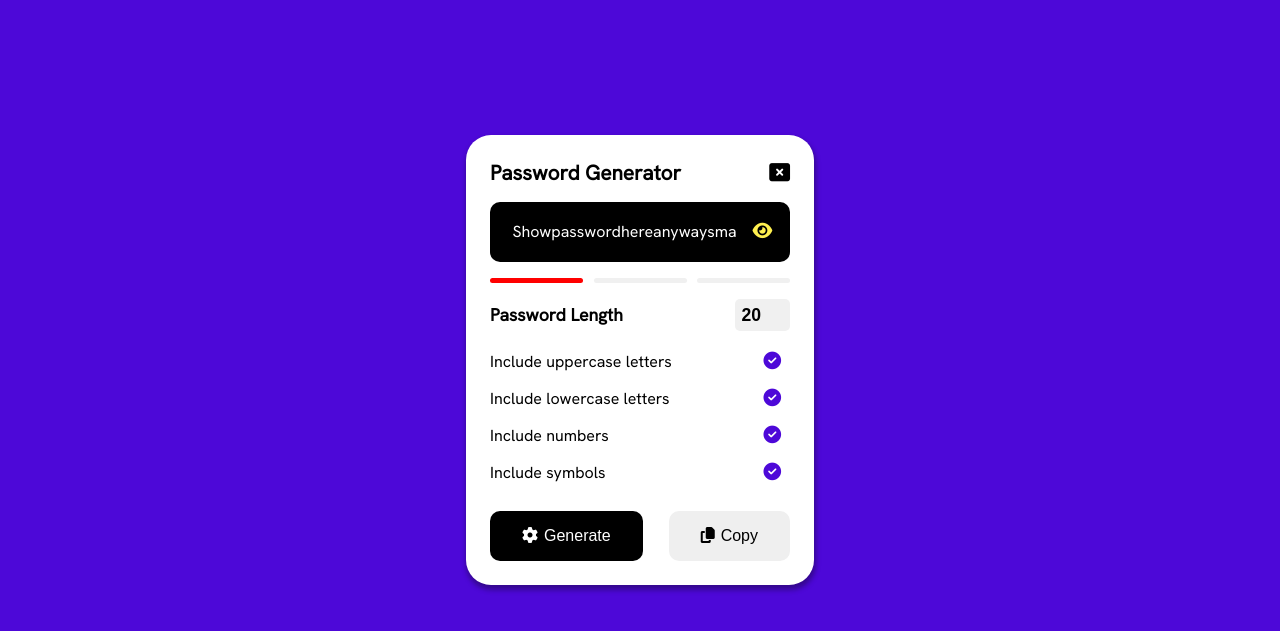
Repository: emiliaiwu/password_generator
Page: index.html
An editor plug-in stored every save of this project. The page is shown before and after the next save, followed by the edit.
The browser window is 1280 px wide. The pictures show the whole page.
Some web libraries are served in a nearby version.

Above is the page before, as saved 2022-12-15 20:10:03.

### index.html
<!DOCTYPE html>
<html lang="en">
<head>
    <meta charset="UTF-8">
    <meta http-equiv="X-UA-Compatible" content="IE=edge">
    <meta name="viewport" content="width=device-width, initial-scale=1.0">
    <link rel="stylesheet" href="style.css">
    <script src="https://kit.fontawesome.com/fd9c36575f.js" crossorigin="anonymous"></script>
    <title>Password Generator</title>
</head>
<body>
    <div class="container">
        <div class="title">
            <h2>Password Generator</h2>
            <i class="fa-solid fa-rectangle-xmark clear"></i>
        </div>

        <div class="display_password">
            <span class="result">Showpasswordhereanywaysma</span>
            <span class="hide">
                <i class="fa-solid fa-eye hidebtn fa-eye-slash"></i>
                <!-- <i class="fa-solid fa-eye-slash"></i> -->
            </span>
        </div>
        <div class="strength">
            <span class="weak"></span>
            <span class="medium"></span>
            <span class="strong"></span>
        </div>

        <div class="password_attributes">
            <div class="password_length">
                <label>Password Length</label>
                <input type="number" id="length" min="1" max="25" value="20">
            </div>
            <div class="password_includes">
                <ul>
                    <li class="list">
                        <label for="uppercase" id="uppercase_letters">Include uppercase letters
                            <input type="checkbox" name="uppercase" id="uppercase" class="uppercase" checked>
                            <i class="fa-solid fa-circle"></i>
                            <i class="fa-solid fa-circle-check"></i>
                        </label>
                    </li>
                    <li class="list">
                        <label for="lowercase" id="lowercase_letters">Include lowercase letters
                            <input type="checkbox" name="lowercase" id="lowercase" class="lowercase" checked>
                            <i class="fa-solid fa-circle"></i>
                            <i class="fa-solid fa-circle-check"></i>
                        </label>
                    </li>
                    <li class="list">
                        <label for="numbers" id="include_numbers">Include numbers
                            <input type="checkbox" name="numbers" id="numbers" class="numbers" checked>
                            <i class="fa-solid fa-circle"></i>
                            <i class="fa-solid fa-circle-check"></i>
                        </label>

                    </li>
                    <li class="list">
                        <label for="symbols" id="include_symbols">Include symbols
                             <input type="checkbox" name="symbols" id="symbols" class="symbols" checked>
                            <i class="fa-solid fa-circle"></i>
                            <i class="fa-solid fa-circle-check"></i>
                        </label>

                    </li>
                </ul>
            </div>
        </div>

        <div class="cta">
            <button class="btn generate"><i class="fa-solid fa-gear"></i>Generate</button>
            <button class="btn copy"><i class="fa-solid fa-copy"></i>Copy</button>
        </div>
    </div>
<script src="script.js"></script>
</body>
</html>

### style.css
@import url('https://fonts.googleapis.com/css2?family=Hanken+Grotesk:wght@300;400&display=swap');


* {
    margin: 0;
    padding: 0;
    box-sizing: border-box;
    list-style-type: none;
}


:root {
    --BG-COLOR: #fff;
    --BG-COLOR2: #000000;
    --BG-COLOR3: #4d08d8;
    --FONT-COLOR: #000;
    --FONT-COLOR2: #FFF;
}


body {
    width: 100vw;
    height: 100vh;
    font-family: 'Hanken Grotesk', sans-serif;
    display: flex;
    align-items: center;
    justify-content: center;
    color: var(--FONT-COLOR);
    background-color: var(--BG-COLOR3);

}

.container {
    background-color: var(--BG-COLOR);
    display: flex;
    flex-direction: column;
    align-items: left;
    justify-content: space-between;
    gap: 1rem;
    padding: 1.5rem;
    border-radius: 25px;
    box-shadow: 1px 4px 5px 1px rgba(5, 5, 5, 0.35);
    -webkit-box-shadow: 1px 4px 5px 1px rgba(9, 9, 9, 0.35);

}


/* FONT */
h2 {
   font-size: 1.3rem;
   font-family: inherit;
}




/* FLEX */
.title,
label,
.password_length,
.cta,
.strength {
    display: flex;
    align-items: center;
    justify-content: space-between;
}

/* CLEAR BUTTON */
.fa-rectangle-xmark {
    font-size: 1.3rem;
    cursor: pointer;
}



/* DISPLAY PASSWORD */

.display_password {
    padding: 1.2rem 1.1rem 1.2rem 1.4rem;
    width: 300px;
    border-radius: 10px;
    background: var(--BG-COLOR2);
    color: var(--FONT-COLOR2);
    overflow: hidden;
    text-align: center;
    display: flex;
    align-items: center;
    justify-content: space-between;

}

.hide i{
    font-size: 1.1rem;
    color: rgb(255, 240, 79);
}

.fa-eye-slash {
    display: none;
    transition: 0.15s ease;
}


.result {
    font-size: 1rem;
    word-wrap: break-word;
    text-align: center;
}


/* Strength */
.strength {
    width: 100%;
}

.strength span {
    width: 31%;
    height: 5px;
    background-color: #f0f0f0;
    border-radius: 10px;
}

.strength .weak {
    background-color: red;
}




/* PASSWORD LENGTH */
.password_length {
    margin-bottom: 1rem;
}


.password_length label {
    font-size: 1.1rem;
    font-weight: 600;
    font-family: inherit;
}

.password_length input[type="number"] {
    width: 55px;
    padding: .4rem .4rem .3rem .4rem;
    font-size: 1.1rem;
    border: 2px solid var(--FONT-COLOR);
    border-radius: 5px;
    border: none;
    font-weight: 600;
    color: var(--FONT-COLOR);
    background-color: #f0f0f0;
}

.password_length input[type="number"]:focus {
    outline: none;
}



/* LIST ATTRIBUTES */
.list {
    margin-top: .5rem;
}

.list input[type="checkbox"] {
    padding: 1rem;
}

/* Hide the checkbox */
.list input {
    opacity: 0;
    cursor: pointer;
    margin: .5rem;
}

label {
     position: relative;
}

.list .fa-solid {
    position: absolute;
    top: 50%;
    right: 0;
    transform: translate(-50%, -50%);
    color: var(--BG-COLOR3);
    font-size: 1.1rem;
    cursor: pointer;
}

.fa-circle-check{
    opacity: 0;
}

/* CHECKED */
.list input:checked ~ .fa-circle-check {
    opacity: 1;
    transition: opacity .2s ease;
}

.list input:checked ~ .fa-circle {
    opacity: 0;
     transition: opacity .2s ease;
}


/* BUTTON */
.btn {
    margin-top: .5rem;
    padding: 1rem 2rem;
    font-size: 1rem;
    border: none;
    border-radius: 10px;
    cursor: pointer;

}

.generate {
    background-color: var(--BG-COLOR2);
    color: var(--FONT-COLOR2);
}

.generate:hover i{
    transform: rotate(180deg);
    transition: transform .4s ease;
}

.generate:focus {
    background-color: #38079c;
    outline: none;
}

.copy:focus {
    outline: none;
}

.btn .fa-solid {
    margin-right: 6px;
}

### script.js
'use strict';

// Select Elements
const clear = document.querySelector('.clear');
const resultEl = document.querySelector('.result');
const lengthEl = document.getElementById('length');
const uppercaseEl = document.getElementById('uppercase');
const lowercaseEl = document.getElementById('lowercase');
const numbersEl = document.getElementById('numbers');
const symbolsEl = document.getElementById('symbols');
const generateBtn = document.querySelector('.generate');
const copyBtn = document.querySelector('.copy');
const hide = document.querySelector('.hide');


// Variables
let allUppercase = '';
let allLowercase = '';
let allNumbers = '';
const allSymbols = '~!@#$%^&*()_-+={}[]|;:<>.,/?';



hide.addEventListener('click', () => {
	const hidebtn = document.querySelector('.hidebtn');
	hidebtn.classList.toggle('fa-eye');
})



// Generate Randoms Functions
const getRandomUppercase = () => {
    return String.fromCharCode(Math.floor(Math.random() * 26) + 65);
};

const getRandomLowercase = () => {
	return String.fromCharCode(Math.floor(Math.random() * 26) + 97);
};

const getRandomNumbers = () => {
	return String.fromCharCode(Math.floor(Math.random() * 10) + 48);
};

const getRandomSymbols = () => {
	const symbols = '~!@#$%^&*()_-+={}[]|\;:<>.,/?';
	return symbols[Math.floor(Math.random() * symbols.length)];
};



// Get the characters
		// const getUppercase = () => {
		// 	for (let i = 65; i < 91; i++) {
		// 		allUppercase = allUppercase.concat(String.fromCharCode(i));
		// 	}
		// }
		// getUppercase();

		// const getLowercase = () => {
		// 	allLowercase = allUppercase.toLowerCase();
		// }
		// getLowercase();

		// const getNumbers = () => {
		// 	for (let i = 48; i < 58; i++) {
		// 		allNumbers = allNumbers.concat(String.fromCharCode(i));
		// 	}
		// }
		// getNumbers();

		// const allCharacters = allUppercase + allLowercase + allNumbers + allSymbols;
		// console.log(allCharacters);

		// console.log(allNumbers);


// Give Functions a Key
const randomFunctions = {
	uppercase: getRandomUppercase,
	lowercase: getRandomLowercase,
	numbers: getRandomNumbers,
	symbols: getRandomSymbols,
};


// Add EventListener to Generate
generateBtn.addEventListener('click', () => {
	const length = +lengthEl.value;
	const hasUppercase = uppercaseEl.checked;
	const hasLowercase = uppercaseEl.checked;
	const hasNumbers = numbersEl.checked;
	const hasSymbols = symbolsEl.checked;
	console.log(hasLowercase, hasNumbers, hasSymbols, hasUppercase, length);
});

After the next save:
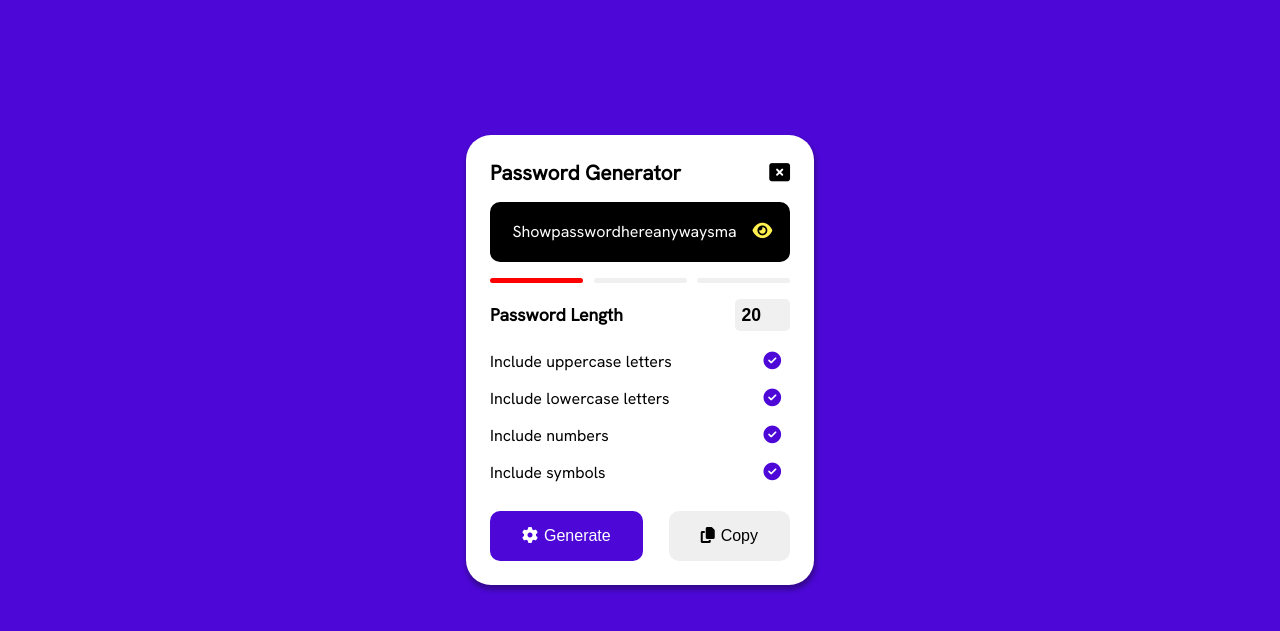
Saved 7 s later.
--- a/style.css
+++ b/style.css
@@ -214,7 +214,7 @@ label {
 }
 
 .generate {
-    background-color: var(--BG-COLOR2);
+    background-color: var(--BG-COLOR3);
     color: var(--FONT-COLOR2);
 }
 
